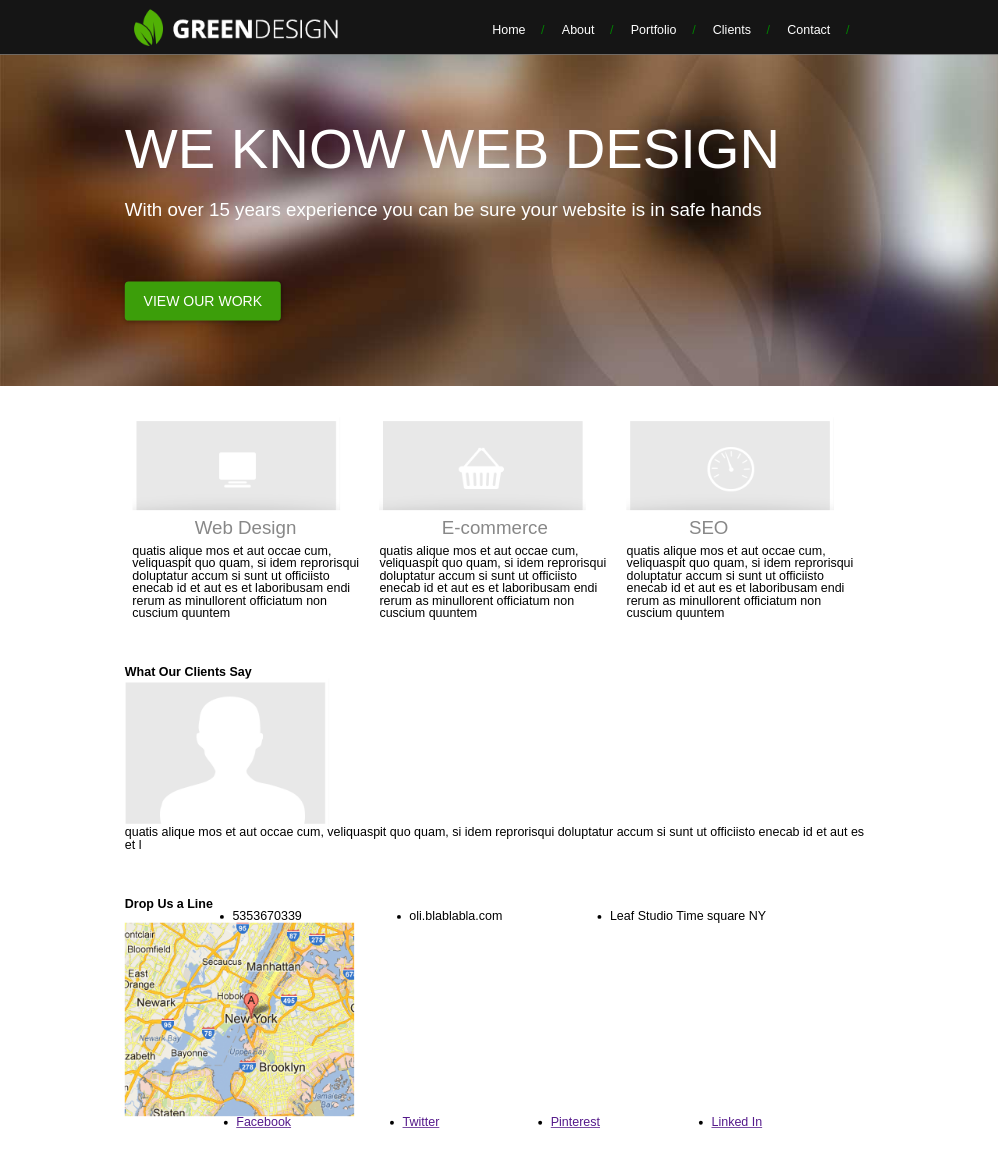
Repository: Piterwk1/psd-to-html
Page: website/index.html
An editor plug-in stored every save of this project. The page is shown before and after the next save, followed by the edit.
The browser window is 1280 px wide. The pictures show the whole page, at 78% of full size.

Above is the page before, as saved 2021-09-14 21:16:44.

### website/index.html
<html lang="en">

<head>
    <meta charset="UTF-8">
    <meta http-equiv="X-UA-Compatible" content="IE=edge">
    <meta name="viewport" content="width=device-width, initial-scale=1.0">
    <title>Green Design</title>
    <link rel="stylesheet" href="style.css">
</head>

<body>
    <header>
        <div class="wrapper">
            <h1 id="logo">Green Design</h1>
            <nav>
                <h2>Main Navigation</h2>
                <ul>
                    <li><a href="">Home</a><span>/</span></li>
                    <li><a href="">About</a><span>/</span></li>
                    <li><a href="">Portfolio</a><span>/</span></li>
                    <li><a href="">Clients</a><span>/</span></li>
                    <li><a href="">Contact</a><span>/</span></li>
                </ul>
            </nav>
        </div>
    </header>
    <div id="lead-banner">
        <img src="images/Baner.jpg" alt="main banner">
        <div class="banner-overlay">
            <div class="wrapper">
                <div class="banner-title">We know web Design</div>
                <p>With over 15 years experience you can be sure your website is in safe hands</p>
                <a href="">View our work</a>
            </div>
        </div>
    </div>
    <div id="main-content">

        <div class="wrapper">

            <section id="points-of-sale">
                <h2>Point of Sale</h2>
                <ul>
                    <li>
                        <img src="images/cs1.png" alt="Web Design">
                        <h3>Web Design</h3>
                        <p>quatis alique mos et aut occae cum, veliquaspit quo quam, si idem reprorisqui doluptatur
                            accum si
                            sunt ut officiisto enecab id et aut es et laboribusam endi rerum as minullorent officiatum
                            non
                            cuscium quuntem</p>
                    </li>
                    <li>
                        <img src="images/cs2.png" alt="E-commerce">
                        <h3>E-commerce</h3>
                        <p>quatis alique mos et aut occae cum, veliquaspit quo quam, si idem reprorisqui doluptatur
                            accum si
                            sunt ut officiisto enecab id et aut es et laboribusam endi rerum as minullorent officiatum
                            non
                            cuscium quuntem</p>
                    </li>
                    <li>
                        <img src="images/cs3.png" alt="SEO">
                        <h3>SEO</h3>
                        <p>quatis alique mos et aut occae cum, veliquaspit quo quam, si idem reprorisqui doluptatur
                            accum si
                            sunt ut officiisto enecab id et aut es et laboribusam endi rerum as minullorent officiatum
                            non
                            cuscium quuntem</p>
                    </li>
                </ul>
            </section>
            <section id="clients">
                <h2>What Our Clients Say</h2>
                <img src="images/head.png" alt="head">
                <!-- <img src="images/quotes.png" alt="quotes"> -->
                <blockquote>quatis alique mos et aut occae cum, veliquaspit quo quam, si idem reprorisqui doluptatur
                    accum
                    si sunt ut officiisto enecab id et aut es et l</blockquote>
            </section>
            <section id="contact">
                <h2>Drop Us a Line</h2>
                <ul id="contact-methods">
                    <li>5353670339</li>
                    <li>oli.blablabla.com</li>
                    <li>
                        <span>Leaf Studio</span>
                        <span>Time square</span>
                        <span>NY</span>
                    </li>
                </ul>
                <img src="images/map.png" alt="map">
                <ul id="social-map">
                    <li class="facebook"><a href="">Facebook</a></li>
                    <li class="twitter"><a href="">Twitter</a></li>
                    <li class="pinterest"><a href="">Pinterest</a></li>
                    <li class="linked-in"><a href="">Linked In</a></li>
                </ul>
            </section>
        </div>
    </div>
</body>

</html>

### website/style.css
html,
body,
div,
span,
object,
iframe,
h1,
h2,
h3,
h4,
h5,
h6,
p,
blockquote,
pre,
abbr,
address,
cite,
code,
del,
dfn,
em,
img,
ins,
kbd,
q,
samp,
small,
strong,
sub,
sup,
var,
b,
i,
dl,
dt,
dd,
ol,
ul,
li,
fieldset,
form,
label,
legend,
table,
caption,
tbody,
tfoot,
thead,
tr,
th,
td,
article,
aside,
canvas,
details,
figcaption,
figure,
footer,
header,
hgroup,
menu,
nav,
section,
summary,
time,
mark,
audio,
video {
  margin: 0;
  padding: 0;
  border: 0;
  outline: 0;
  font-size: 100%;
  vertical-align: baseline;
  background: transparent;
  font-family: arial;
}

body {
  line-height: 1;
}

article,
aside,
details,
figcaption,
figure,
footer,
header,
hgroup,
menu,
nav,
section {
  display: block;
}

nav ul {
  list-style: none;
}

blockquote,
q {
  quotes: none;
}

blockquote:before,
blockquote:after,
q:before,
q:after {
  content: "";
  content: none;
}

a {
  margin: 0;
  padding: 0;
  font-size: 100%;
  vertical-align: baseline;
  background: transparent;
}

/* change colours to suit your needs */
ins {
  background-color: #ff9;
  color: #000;
  text-decoration: none;
}

/* change colours to suit your needs */
mark {
  background-color: #ff9;
  color: #000;
  font-style: italic;
  font-weight: bold;
}

del {
  text-decoration: line-through;
}

abbr[title],
dfn[title] {
  border-bottom: 1px dotted;
  cursor: help;
}

table {
  border-collapse: collapse;
  border-spacing: 0;
}

/* change border colour to suit your needs */
hr {
  display: block;
  height: 1px;
  border: 0;
  border-top: 1px solid #cccccc;
  margin: 1em 0;
  padding: 0;
}

input,
select {
  vertical-align: middle;
}

header div {
  display: flex;
  justify-content: space-between;
  width: 100%;
  max-width: 960px;
  margin: 0 auto;
}

.wrapper {
  width: 100%;
  max-width: 960px;
  margin: 0 auto;
}

header {
  background: #151515;
}

#logo {
  background: url(images/Logo.png) no-repeat;
  height: 70px;
  width: 280px;
  text-indent: -100000px;
}

header nav {
  margin-top: 30px;
  margin-right: 20px;
  width: 50%;
}

header nav h2 {
  height: 0;
  text-indent: -100000px;
}
header nav a {
  color: #fff;
  text-decoration: none;
  font-family: arial;
}

header nav ul {
  display: flex;
  justify-content: space-around;
}

header nav span {
  color: green;
  margin-left: 20px;
}

#lead-banner img {
  width: 100%;
}

#lead-banner {
  max-height: 440px;
  overflow: hidden;
  position: relative;
}

.banner-overlay {
  position: absolute;
  top: 20%;
  width: 100%;
}

.banner-title {
  color: #fff;
  text-transform: uppercase;
  font-size: 72px;
}

#lead-banner p {
  color: #fff;
  font-size: 24px;
  min-width: 600px;
  margin-top: 30px;
}

#lead-banner a {
  color: #fff;
  display: block;
  width: 200px;
  font-size: 18px;
  text-align: center;
  padding: 16px 0;
  text-decoration: none;
  text-transform: uppercase;
  border-radius: 5px;
  margin-top: 80px;
  box-shadow: 1px 1px 6px rgba(0, 0, 0, 0.4);

  /* Permalink - use to edit and share this gradient: https://colorzilla.com/gradient-editor/#3c9e0a+0,3c9e0a+100 */
  background: #3c9e0a; /* Old browsers */
  background: -moz-linear-gradient(
    top,
    #3c9e0a 0%,
    #3c9e0a 100%
  ); /* FF3.6-15 */
  background: -webkit-linear-gradient(
    top,
    #3c9e0a 0%,
    #3c9e0a 100%
  ); /* Chrome10-25,Safari5.1-6 */
  background: linear-gradient(
    to bottom,
    #3c9e0a 0%,
    #3c9e0a 100%
  ); /* W3C, IE10+, FF16+, Chrome26+, Opera12+, Safari7+ */
  filter: progid:DXImageTransform.Microsoft.gradient( startColorstr='#3c9e0a', endColorstr='#3c9e0a',GradientType=0 ); /* IE6-9 */
}

section {
    margin: 40px 0 60px;
}

section#points-of-sale ul {
    list-style: none;
}

#points-of-sale h2 {
    height: 0;
    text-indent: -10000px;
}

section ul {
    display: flex;
    justify-content: space-evenly;
}

#points-of-sale li {
    width: 32%;
}

#points-of-sale li h3 {
    width: 100%;
    /* text-align: center; */
    color:  #888;
    font-size: 24px;
    font-weight: normal;
    margin: 10px 80px 10px;
}

After the next save:
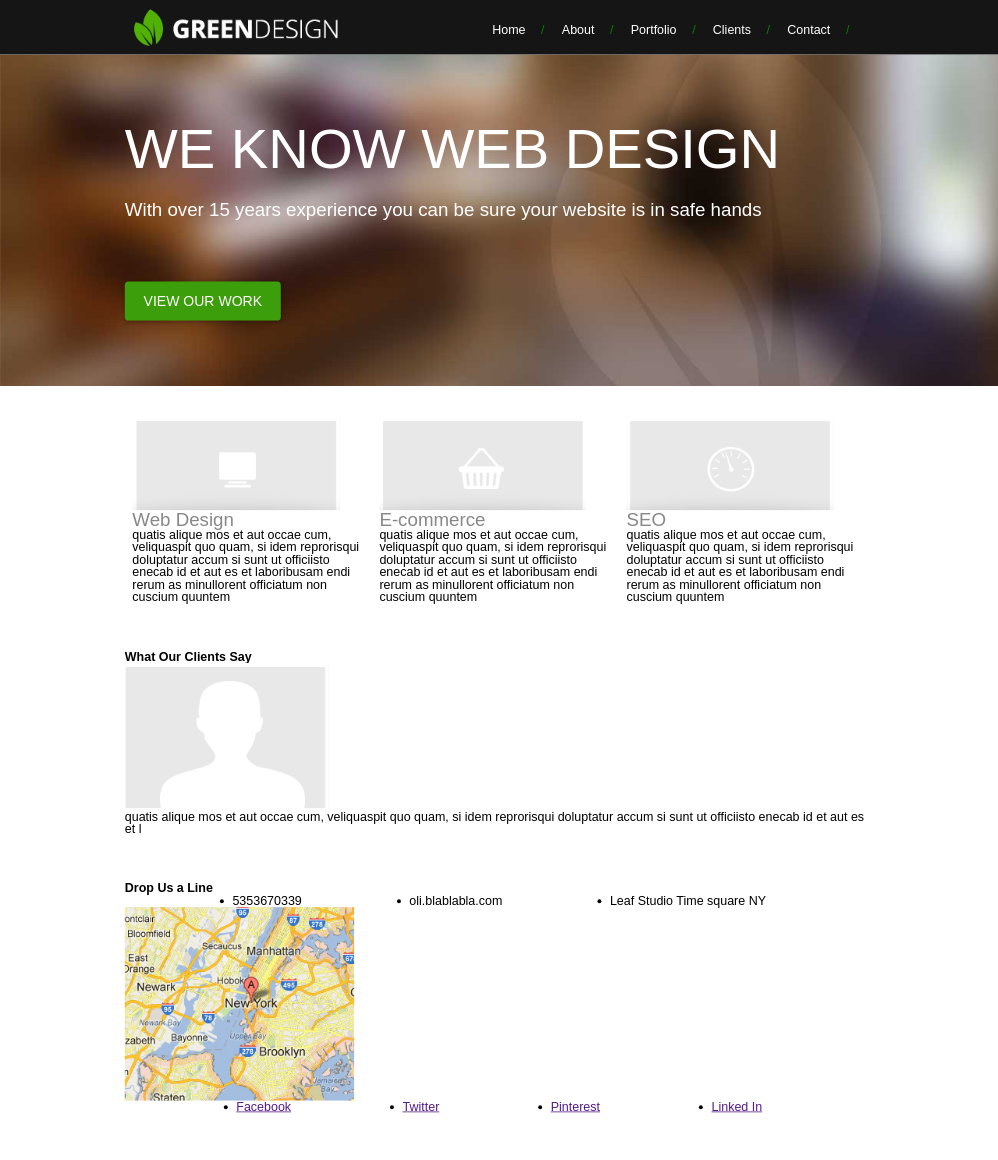
Saved 11 s later.
--- a/website/style.css
+++ b/website/style.css
@@ -306,5 +306,5 @@
     color:  #888;
     font-size: 24px;
     font-weight: normal;
-    margin: 10px 80px 10px;
-}
+    /* margin: 10px 80px 10px; */
+}
